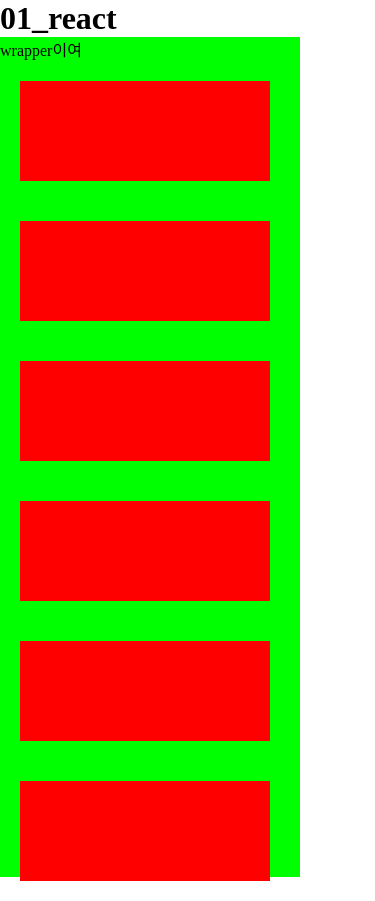
Repository: psun2/Korea-IT-Academy
Page: (back up) _ 오전/study_a/web_work/htmlCssProj/WebContent/react/01_react.html
These files come from the project's save history. The page is drawn as it stood at one moment and after the next save; the edit follows.
The browser window is 375 px wide. The pictures show the whole page.

Above is the page before, as saved 2020-07-29 06:39:24.

### (back up) _ 오전/study_a/web_work/htmlCssProj/WebContent/react/01_react.html
<!DOCTYPE html>
<html>
<head>
<meta charset="UTF-8">
<meta name="viewport"
content="width=device-width, initial-scale=1.0, user-scalable=no,
minimum-scale=1.0, maximum-scale=1.0">
<title>01_react</title>
<style>

	*{
		margin:0;
		padding:0;
	}
	/* 테블릿 */
	.wrapper{
		width:600px;
		height: 460px;
		background: #ff0;

	}
	.wrapper > div{
		width:250px;
		height: 100px;
		background: #f00;
		margin: 20px;
		float: left;

	}
	/* 핸드폰 */
	@media screen and (max-width:480px){
		.wrapper{
			background: #0f0;
			width:300px;
			height: 840px;
		}

	}

	/* 데스크탑 */
	@media screen and (min-width:1200px){
		.wrapper{
			background: #0ff;
			width:900px;
			height: 320px;
		}

	}


</style>
</head>
<body>
<h1>01_react</h1>
<div class="wrapper">
	wrapper이여<br>
	<div></div>
	<div></div>
	<div></div>
	<div></div>
	<div></div>
	<div></div>
</div>
</body>
</html>

After the next save:
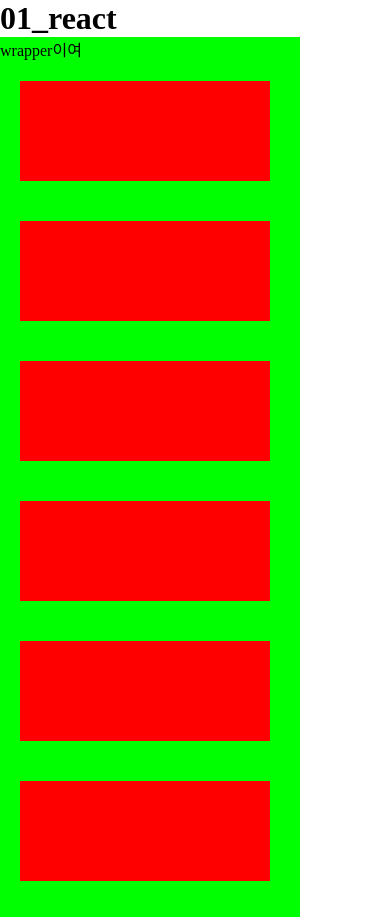
Saved 14 s later.
--- a/(back up) _ 오전/study_a/web_work/htmlCssProj/WebContent/react/01_react.html
+++ b/(back up) _ 오전/study_a/web_work/htmlCssProj/WebContent/react/01_react.html
@@ -32,7 +32,7 @@ minimum-scale=1.0, maximum-scale=1.0">
 		.wrapper{
 			background: #0f0;
 			width:300px;
-			height: 840px;
+			height: 880px;
 		}
 
 	}
